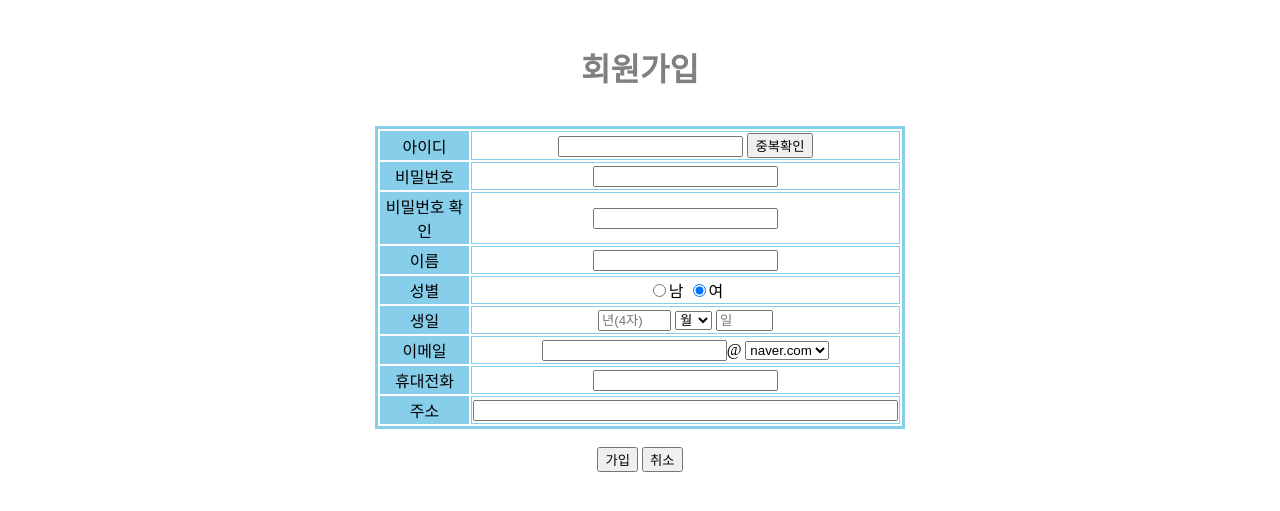
Repository: WK508/WK508---20201214_Webhosting
Page: http://localhost/Script0312/JoinForm.jsp
The author's editor kept a copy of each file at every save. The page is drawn from the files as they stood at one save, then again after the next save.
The browser window is 1280 px wide. The pictures show the whole page.
The page is served by Tomcat 9.

Above is the page before, as saved 2021-03-12 06:05:29.

After the next save:
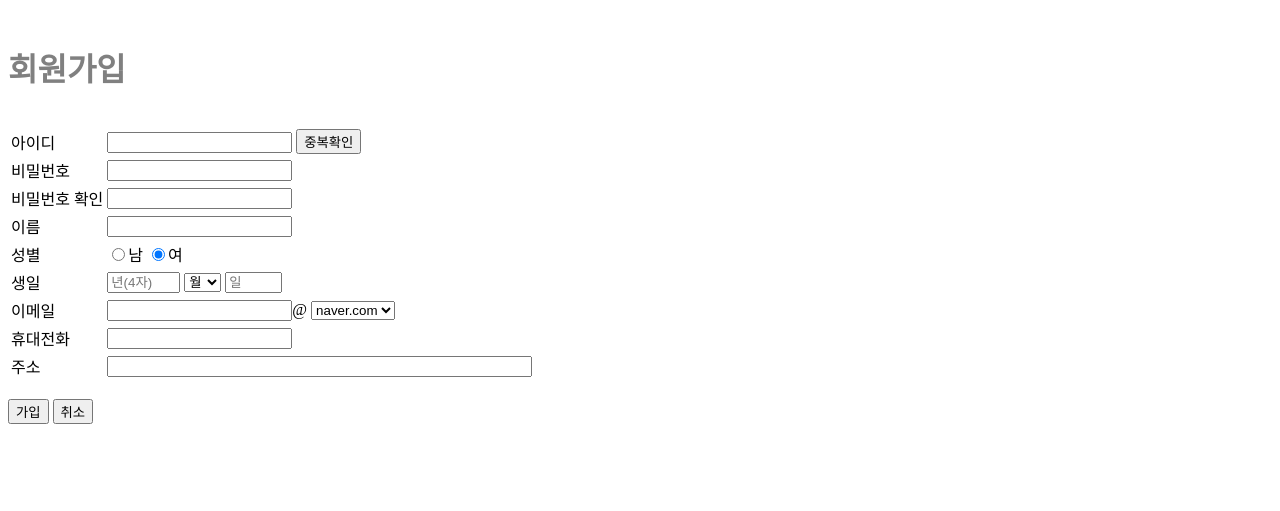
Saved 55 s later.
--- a/20210312/JSP/Script0312/WebContent/JoinForm.jsp
+++ b/20210312/JSP/Script0312/WebContent/JoinForm.jsp
@@ -6,26 +6,7 @@
     <title>회원가입 화면</title>
 
     <style>
-        #wrap{
-            width:530px;
-            margin-left:auto;
-            margin-right:auto;
-            text-align:center;
-        }
 
-        table{
-            margin-left:auto;
-            margin-right:auto;
-            border:3px solid skyblue
-        }
-
-        td{
-            border:1px solid skyblue
-        }
-
-        #title{
-            background-color:skyblue
-        }
     </style>
 </head>
 <body>
